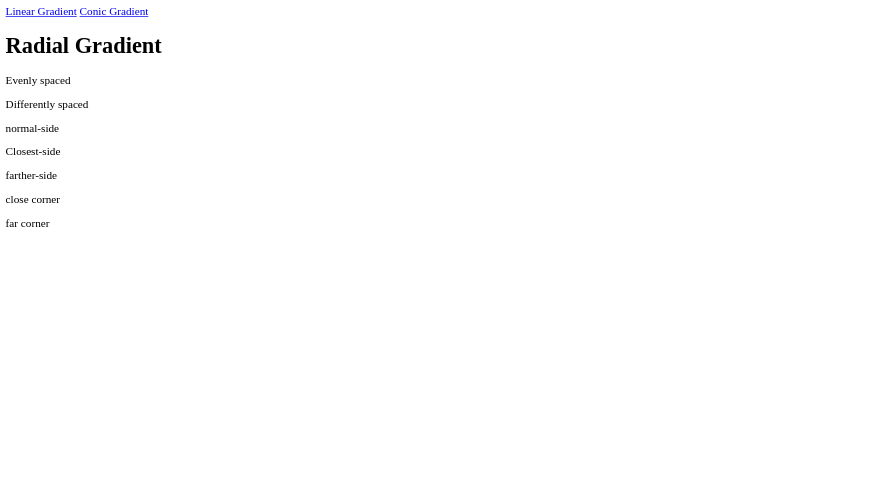
Repository: Pema-yangki/Css
Page: color.html
These files come from the project's save history. The page is drawn as it stood at one moment and after the next save; the edit follows.
The browser window is 1280 px wide. The pictures show the part of the page from y = 0 to 1920 px (the page is 720 px tall before and 4620 px after), at 70% of full size.

Above is the page before, as saved 2024-03-27 10:20:31.

### color.html
<!DOCTYPE html>
<html lang="en">
<head>
    <meta charset="UTF-8">
    <meta name="viewport" content="width=device-width, initial-scale=1.0">
    <title>Document</title>
    <style>

    </style>
</head>
<body>
    <a href="index.html" class="styled-link">Linear Gradient</a>
    <a href="conic.html" class="styled-link">Conic Gradient</a>
    <h1>Radial Gradient</h1>
    <div class="evenlyspaced">
        <p>Evenly spaced</p>
    </div>
    <div class="differentlyspaced">
        <p>Differently spaced</p>
    </div>
    <div class="normal">
        <p>normal-side</p>
    </div>
     <div class="closest">
        <p>Closest-side</p>
    </div>
    <div class="farther">
        <p>farther-side</p>
    </div>

    <div class="closestcorner">
        <p>close corner</p>
    </div>
    <div class="Farthercorner">
        <p>far corner</p>
    </div>

</body>
</html>

After the next save:
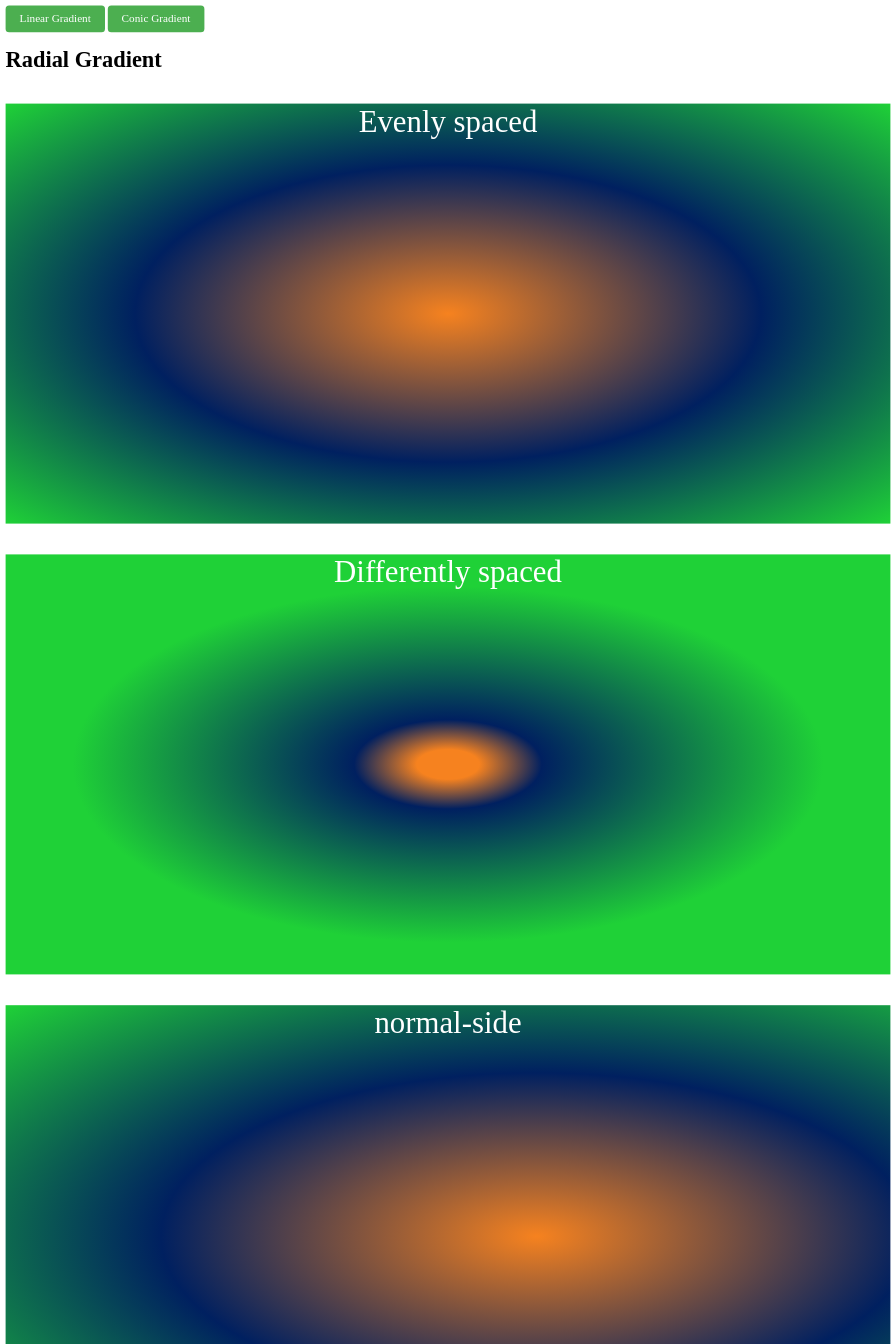
Saved 41 s later.
--- a/color.html
+++ b/color.html
@@ -5,7 +5,138 @@
     <meta name="viewport" content="width=device-width, initial-scale=1.0">
     <title>Document</title>
     <style>
+        div{
+    margin-top: 20px;
+    color: white;
+    text-align: center;
+    font-size: 44px;
+}
 
+.linear {
+    background-image: linear-gradient(to right, #f7b485, #201502);
+    width: 100%;
+    height: 100px;
+    padding: 20px;
+}
+.linearleft{
+    background-image: linear-gradient(to bottom right, #f76a06, #201502);
+    width: 100%;
+    height: 100px;
+    padding: 20px;
+}
+.angles {
+    background-image: linear-gradient(45deg, #f76a06, #201502);
+    width: 100%;
+    height: 100px;
+    padding: 20px;
+}
+.multi {
+    background-image: linear-gradient(to right, red, orange, yellow, green, blue, indigo, violet);
+    width: 100%;
+    height: 100px;
+    padding: 20px;
+}
+.styled-link {
+    display: inline-block;
+    padding: 10px 20px;
+    background-color: #4CAF50;
+    color: white;
+    text-decoration: none;
+    border-radius: 5px;
+    transition: background-color 0.3s ease;
+}
+
+/* Hover effect */
+.styled-link:hover {
+    background-color: #45a049;
+}
+
+/* .linear{
+    background-image: linear-gradient(to right, #ff7e5f, #feb47b);
+
+    /* Set some additional styles for demonstration */
+    /* width: 100%;
+    height: 200px;
+    border-radius: 10px;
+    padding: 20px;
+    color: white;
+    text-align: center;
+    font-size: 24px;
+    font-family: Arial, sans-serif;
+} */
+
+.evenlyspaced {
+    background-image:radial-gradient(#f6821f,#002060,#1fd137);
+    height: 600px;
+}
+.differentlyspaced {
+    background-image: radial-gradient(#f6821f
+5%,#002060 15%,#1fd137 60%);
+height: 600px;
+
+}
+
+.normal{
+    background-image:
+radial-gradient(at 60%
+55%,#f6821f,#002060,#1fd137);
+height: 600px;
+}
+.closest{
+    background-image:
+radial-gradient(closest-side at 60%
+55%,#f6821f,#002060,#1fd137);
+height: 600px;
+}
+
+.farther {
+    background-image:
+radial-gradient(farthest-side at 60%
+55%,#f6821f,#002060,#1fd137);
+height: 600px;
+}
+.closestcorner{
+    background-image:
+radial-gradient(closest-corner at 60%
+55%,#f6821f,#002060,#1fd137);
+height: 600px;
+}
+
+.Farthercorner{
+    background-image:
+radial-gradient(farthest-corner at 60%
+55%,#f6821f,#002060,#1fd137);
+height: 600px;
+}
+
+.threecolors{
+    background-image:conic-gradient(#f6821f,#002060,#1fd137);
+    height: 300px;}
+
+.threecolorswithdegree{
+    background-image: conic-gradient(#f6821f
+10deg,#002060 160deg,#1fd137 180deg);
+height: 300px;}
+
+.piechart{
+    background-image: conic-gradient(#f6821f
+0deg,#f6821f 45deg,#002060 45deg,#002060
+200deg,#1fd137 200deg);
+border-radius: 50%;
+height: 300px;
+}
+
+.withangle{
+    background-image: conic-gradient(from 90deg,
+#f6821f ,#002060,#1fd137);
+height: 300px;
+}
+
+.center{
+    background-image: conic-gradient(at 20% 25%,
+#f6821f ,#002060,#1fd137);
+height: 300px;
+}
     </style>
 </head>
 <body>
